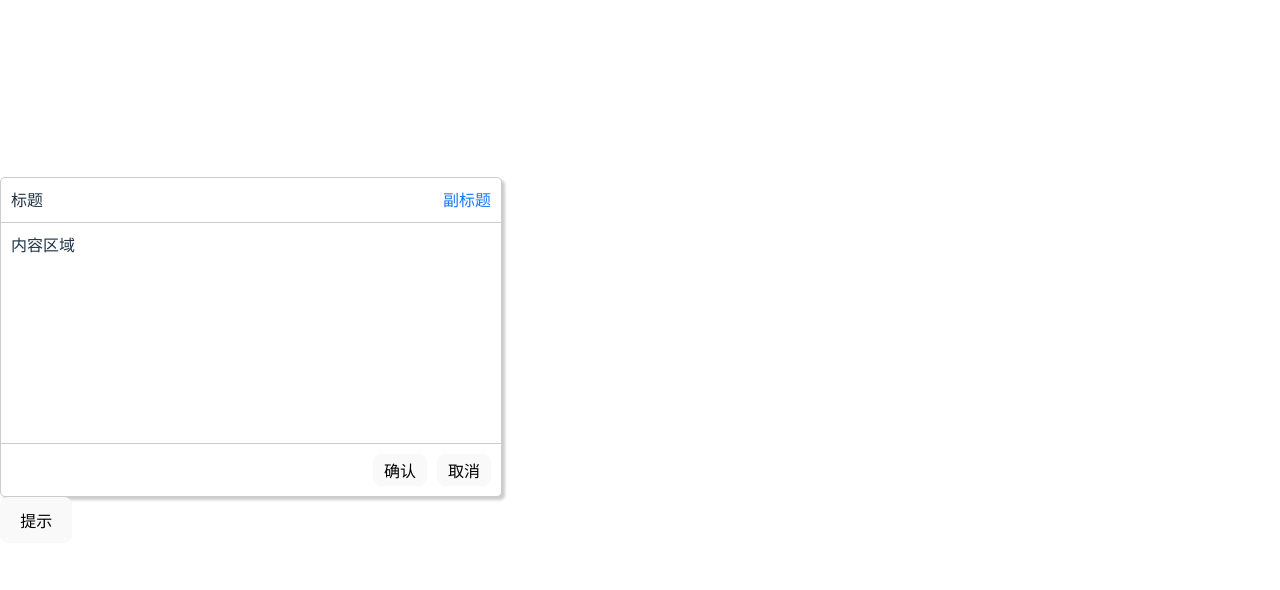
Repository: EDMZJJJ/learn-react
Page: /
These files come from the project's save history. The page is drawn as it stood at one moment and after the next save; the edit follows.
The browser window is 1280 px wide. The pictures show the whole page.
The project was rebuilt for these pictures with package versions that can differ from the ones it lists, and the page was loaded fresh each time. Also part of the build but not shown: vite.config.ts, src/components/Message/index.css, src/components/Message/index.tsx.

Above is the page before, as saved 2026-03-10 22:44:33.

### index.html
<!doctype html>
<html lang="en">
  <head>
    <meta charset="UTF-8" />
    <link rel="icon" type="image/svg+xml" href="/vite.svg" />
    <meta name="viewport" content="width=device-width, initial-scale=1.0" />
    <title>learn-react</title>
  </head>
  <body>
    <div id="root"></div>
    <script type="module" src="/src/main.tsx"></script>
  </body>
</html>

### src/main.tsx
import { StrictMode } from 'react'
import { createRoot } from 'react-dom/client'
import './index.css'
import App from './App.tsx'
import './components/Message/index.tsx'
createRoot(document.getElementById('root')!).render(
  <StrictMode>
    <App />
  </StrictMode>,
)

### src/App.tsx
import Card from "./components/Card"
function App() {
  //所有hook都必须在组件的最顶层调用，不能在循环或条件语句中调用它。

  return (
    <>
      <Card></Card>
      <button onClick={() => window.onShow()}>提示</button>
    </>
  )
}

export default App

### src/components/Card/index.tsx
import './index.css'

export default function Card() {
    return (
        <div className='card'>
            <header>
                <div>标题</div>
                <div>副标题</div>
            </header>
            <main>
                内容区域
            </main>
            <footer>
                 <button>确认</button>
                 <button>取消</button>
            </footer>
        </div>
    )
}

### src/components/Card/index.css
.card {
  background: white;
  border-radius: 5px;
  border: 1px solid #ccc;
  width: 500px;
  box-shadow: 3px 3px 3px #ccc;

  header {
    display: flex;
    justify-content: space-between;
    align-items: center;
    border-bottom: 1px solid #ccc;
    padding: 10px;

    div:last-child {
      color: #1677ff;
    }
  }

  main {
    min-height: 200px;
    border-bottom: 1px solid #ccc;
    padding: 10px;
  }
  footer {
    display: flex;
    justify-content: flex-end;
    align-items: center;
    padding: 10px;
    button {
      margin-left: 10px;
      padding: 3px 10px;
    }
  }
}

### src/components/Test/index.tsx


const Test = ()=>{
  return (
    <div>子组件test</div>
  )
}
export default Test

Loaded but not shown: src/index.css (common file)

After the next save:
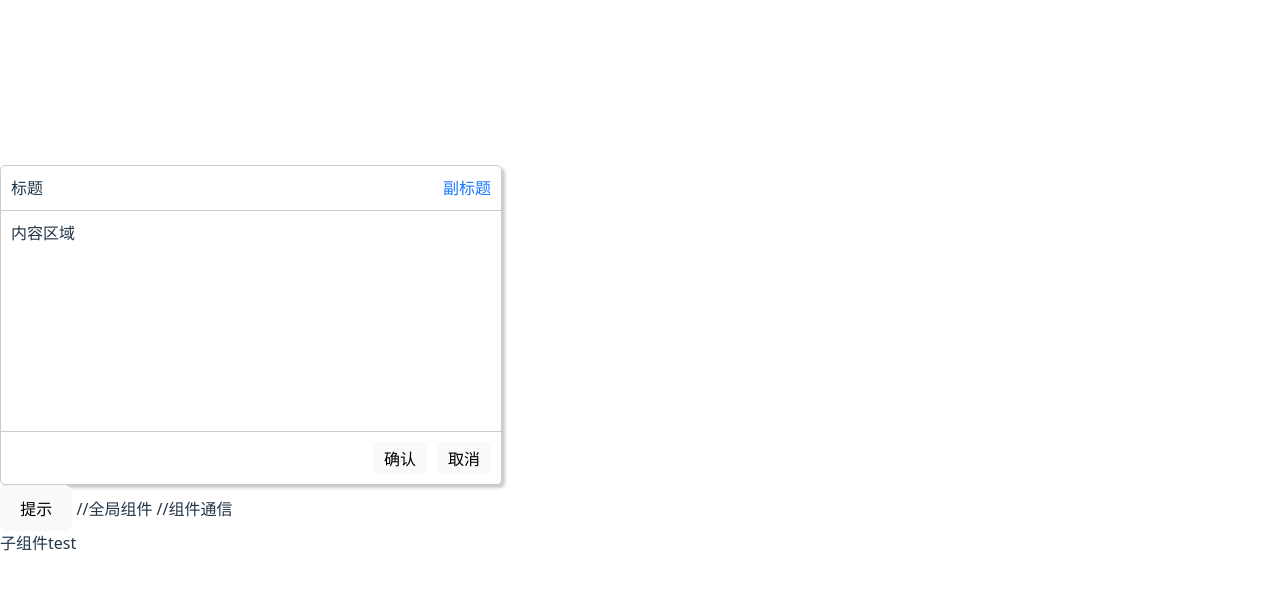
Saved 64 s later.
--- a/src/App.tsx
+++ b/src/App.tsx
@@ -1,11 +1,16 @@
 import Card from "./components/Card"
+import Test from "./components/Test"
+
 function App() {
   //所有hook都必须在组件的最顶层调用，不能在循环或条件语句中调用它。
 
   return (
     <>
       <Card></Card>
-      <button onClick={() => window.onShow()}>提示</button>
+      <button onClick={() => window.onShow()}>提示</button>     //全局组件
+
+      //组件通信
+      <Test></Test>
     </>
   )
 }
